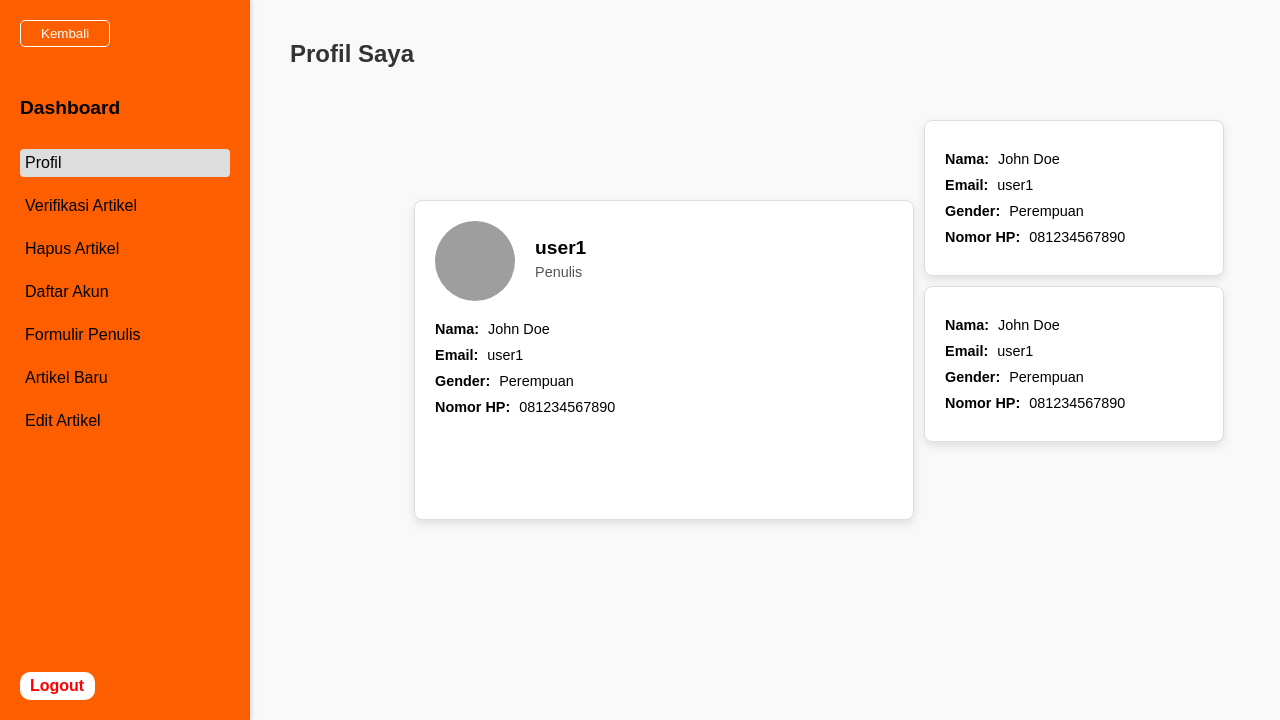
Repository: novalArd/Website_Berita_360News
Page: http://localhost/tes/Profile.php
An editor plug-in stored every save of this project. The page is shown before and after the next save, followed by the edit.
The browser window is 1280 px wide. The pictures show the whole page.
Pictures or frames that could not be fetched are drawn as grey boxes. The page is run by PHP 8.4 with error messages shown; the project is at /var/www/html/. The session is filled in as if someone had signed in: {"user_id": 1, "username": "user1", "role": "admin", "nama_lengkap": "John Doe", "jenis_kelamin": "", "nomor_hp": "081234567890"}. Other server files are loaded and not shown. The database holds what the project's SQL file puts in it.

Above is the page before, as saved 2024-12-16 23:46:01.

### tes/Profile.php
<?php
session_start();
if (!isset($_SESSION['user_id'])) {
    header('Location: ../pagelogin.html'); // Redirect jika belum login
    exit;
}

require '../database.php'; // Jalur diperbarui untuk mengakses database.php dari folder tes

// Ambil data pengguna dari database berdasarkan sesi
$stmt = $conn->prepare("SELECT * FROM users WHERE id = :id");
$stmt->execute(['id' => $_SESSION['user_id']]);
$user = $stmt->fetch(PDO::FETCH_ASSOC);

if (!$user) {
    echo "Pengguna tidak ditemukan.";
    exit;
}
?>

<!DOCTYPE html>
<html lang="id">
<head>
  <meta charset="UTF-8">
  <meta name="viewport" content="width=device-width, initial-scale=1.0">
  <title>Profil Saya</title>
  <link rel="stylesheet" href="profile.css?v=1.0">
</head>
<body>
  <div class="container">
    <!-- Sidebar -->
    <aside class="sidebar">
      <div class="kembali-btn">
        <button>Kembali</button>
      </div>
    <h3>Dashboard</h3>
      <ul>
        <?php if ($_SESSION['role'] === 'admin'): ?>
        <!-- Menu untuk admin -->
        <li><a id="profil" href="admin.php">Profil</a></li>
        <li><a id="verifikasiArtikel" href="verifikasi.php">Verifikasi Artikel</a></li>
        <li><a id="hapusArtikel" href="hapus_artikel.php">Hapus Artikel</a></li>
        <li><a id="daftarAkun" href="daftar_akun.php">Daftar Akun</a></li>
        <li><a id="formulirPenulis" href="form_penulis.php">Formulir Penulis</a></li>
        <li><a id="artikelBaru" href="artikel_baru.php">Artikel Baru</a></li>
        <li><a id="editArtikel" href="edit_artikel.php">Edit Artikel</a></li>
        <?php elseif ($_SESSION['role'] === 'penulis'): ?>
        <!-- Menu untuk penulis -->
        <li><a id="profil" href="Profile.php">Profile</a></li>
        <li><a id="tambahArtikel" href="Tambah.php">Tambah Artikel</a></li>
        <li><a id="editArtikel" href="edit_artikel.php">Edit Artikel</a></li>
        <li><a id="artikelSaya" href="artikel_saya.php">Artikel Saya</a></li>
        <li><a id="hapusArtikel" href="hapus_artikel.php">Hapus Artikel</a></li>
        <?php endif; ?>
      </ul>
    <a href="../logout.php" class="logout">Logout</a>
  </aside>

    <!-- Main Content -->
    <main class="main-content">
      <h2>Profil Saya</h2>
      <div class="profile-card" id="profil-nama">
        <div class="profile-header">
          <img src="profile-pic.jpg" alt="Foto Profil" class="profile-img">
          <div>
            <h3><?php echo htmlspecialchars($user['username']); ?></h3>
            <p>Penulis</p>
          </div>
        </div>
        <div class="profile-details">
          <p><strong>Nama:</strong> <?php echo htmlspecialchars($user['nama_lengkap']); ?></p>
          <p><strong>Email:</strong> <?php echo htmlspecialchars($user['username']); ?></p>
          <p><strong>Gender:</strong> <?php echo $user['jenis_kelamin'] == 'L' ? 'Laki-laki' : 'Perempuan'; ?></p>
          <p><strong>Nomor HP:</strong> <?php echo htmlspecialchars($user['nomor_hp']); ?></p>
        </div>
      </div>
      <div class="profile-2">
      <div class="profile-card">
        <div class="profile-details">
          <p><strong>Nama:</strong> <?php echo htmlspecialchars($user['nama_lengkap']); ?></p>
          <p><strong>Email:</strong> <?php echo htmlspecialchars($user['username']); ?></p>
          <p><strong>Gender:</strong> <?php echo $user['jenis_kelamin'] == 'L' ? 'Laki-laki' : 'Perempuan'; ?></p>
          <p><strong>Nomor HP:</strong> <?php echo htmlspecialchars($user['nomor_hp']); ?></p>
        </div>
      </div>
      <div class="profile-card">
        <div class="profile-details">
          <p><strong>Nama:</strong> <?php echo htmlspecialchars($user['nama_lengkap']); ?></p>
          <p><strong>Email:</strong> <?php echo htmlspecialchars($user['username']); ?></p>
          <p><strong>Gender:</strong> <?php echo $user['jenis_kelamin'] == 'L' ? 'Laki-laki' : 'Perempuan'; ?></p>
          <p><strong>Nomor HP:</strong> <?php echo htmlspecialchars($user['nomor_hp']); ?></p>
        </div>
      </div>
      </div>
    </main>
  </div>
</body>
</html>

### database.php
<?php
$host = 'localhost';
$dbname = 'news_management';
$username = 'root'; // Sesuaikan dengan username database Anda
$password = ''; // Sesuaikan dengan password database Anda

try {
    // Membuat koneksi ke database menggunakan PDO
    $conn = new PDO("mysql:host=$host;dbname=$dbname", $username, $password);
    $conn->setAttribute(PDO::ATTR_ERRMODE, PDO::ERRMODE_EXCEPTION);
} catch (PDOException $e) {
    // Menampilkan pesan jika koneksi gagal
    echo "Connection failed: " . $e->getMessage();
    die();
}

// Fungsi untuk memeriksa keberadaan pengguna dalam database tanpa hashing password
function checkUser($username, $password) {
    global $conn;
    $stmt = $conn->prepare("SELECT * FROM users WHERE username = :username AND password = :password"); // Query SQL untuk mencari username dan password
    $stmt->execute(['username' => $username, 'password' => $password]);
    $user = $stmt->fetch(PDO::FETCH_ASSOC);

    return $user ? $user : false; // Mengembalikan data pengguna jika ditemukan, false jika tidak
}
?>

### tes/profile.css
/* Reset CSS */
* {
  margin: 0;
  padding: 0;
  box-sizing: border-box;
}
/* General Styles */
body {
  margin: 0;
  font-family: Arial, sans-serif;
  background-color: #f9f9f9;
  display: flex;
}

.container {
  display: flex;
  width: 100%;
  height: 100vh;
}

/* Sidebar */
.sidebar {
  background-color: #FD5F00;
  width: 250px;
  padding: 20px;
  display: flex;
  flex-direction: column;
  box-shadow: 2px 0 5px rgba(0, 0, 0, 0.1);
}

.sidebar .kembali-btn button {
  padding: 5px 20px;
  border: 1px solid white;
  color: white;
  background-color: #FD5F00;
  border-radius: 5px;
  transition: all 0.2s ease-in-out;
}

.sidebar .kembali-btn button:hover {
  color: black;
  background-color: white;
  border: 1px solid white;
  cursor: pointer;
}

.sidebar h3 {
  font-size: 1.2em;
  margin-bottom: 30px;
  margin-top: 50px;
}

.sidebar ul {
  list-style: none;
  padding: 0;
  margin: 0;
}

.sidebar ul li {
  margin-bottom: 15px;
}

.sidebar ul li a {
  text-decoration: none;
  color: black;
  font-size: 1em;
  padding: 5px;
  display: block;
  transition: background-color 0.3s ease;
}

.sidebar ul li #profil {
  background-color: #ddd;
  border-radius: 4px;
}

.sidebar ul li a:hover {
  background-color: #ddd;
  border-radius: 4px;
}

.logout {
  width: 75px;
  margin-top: auto;
  color: red;
  background-color: white;
  font-weight: bold;
  text-decoration: none;
  padding: 5px 10px;
  display: inline-block;
  border-radius: 10px;
}

.logout:hover {
  background-color: #fdd;
  border-radius: 10px;
}

/* Main Content */
.main-content {
  display: flex;
  padding: 40px;
}

.main-content h2 {
  margin-bottom: 20px;
  font-size: 1.5em;
  color: #333;
  text-align: center;
  margin-bottom: 20px;
}

/* Profile Card */
.profile-card {
  background-color: #fff;
  border: 1px solid #ddd;
  border-radius: 8px;
  box-shadow: 0 4px 10px rgba(0, 0, 0, 0.1);
  padding: 20px;
  max-width: 600px;
  width: 500px;
  margin: auto;
}

.container #profil-nama {
  height: 320px;
}

.profile-2 {
  margin-top: 70px;
}

.profile-2 .profile-card {
  margin: 10px;
  width: 300px;
}

.profile-header {
  display: flex;
  align-items: center;
  margin-bottom: 20px;
}

.profile-img {
  width: 80px;
  height: 80px;
  border-radius: 50%;
  margin-right: 20px;
}

.profile-header h3 {
  margin: 0;
  font-size: 1.2em;
}

.profile-header p {
  margin: 5px 0;
  color: #555;
  font-size: 0.9em;
}

.profile-details p {
  margin: 10px 0;
  font-size: 0.9em;
}

.profile-details p strong {
  font-weight: bold;
  margin-right: 5px;
}

.article-form {
  background-color: #fff;
  padding: 20px;
  border-radius: 8px;
  box-shadow: 0 4px 10px rgba(0, 0, 0, 0.1);
  max-width: 600px;
  margin: auto;
}

.form-group {
  margin-bottom: 20px;
}

.form-group label {
  display: block;
  margin-bottom: 8px;
  font-weight: bold;
}

.form-group input,
.form-group textarea,
.form-group select {
  width: 100%;
  padding: 10px;
  font-size: 1em;
  border: 1px solid #ddd;
  border-radius: 4px;
  box-sizing: border-box;
}

textarea {
  resize: none;
}

.btn-submit {
  background-color: #4CAF50;
  color: #fff;
  border: none;
  padding: 10px 20px;
  font-size: 1em;
  border-radius: 4px;
  cursor: pointer;
  transition: background-color 0.3s ease;
}

.btn-submit:hover {
  background-color: #45a049;
}

.form-group select {
  width: 100%;
  padding: 10px;
  font-size: 1em;
  border: 1px solid #ddd;
  border-radius: 4px;
  box-sizing: border-box;
  margin-bottom: 10px;
}

### news_management.sql (the tables this page reads)
CREATE TABLE `users` (
  `id` int(11) NOT NULL,
  `username` varchar(255) NOT NULL,
  `password` varchar(255) NOT NULL,
  `role` enum('admin','penulis','pengguna') DEFAULT 'pengguna',
  `nama_lengkap` varchar(255) NOT NULL,
  `jenis_kelamin` enum('L','P') NOT NULL,
  `nomor_hp` varchar(15) NOT NULL,
  `email` varchar(100) DEFAULT NULL,
  `created_at` datetime NOT NULL DEFAULT current_timestamp()
) ENGINE=InnoDB DEFAULT CHARSET=utf8mb4 COLLATE=utf8mb4_general_ci;

INSERT INTO `users` (`id`, `username`, `password`, `role`, `nama_lengkap`, `jenis_kelamin`, `nomor_hp`, `email`, `created_at`) VALUES
(1, 'user1', 'password123', 'admin', 'John Doe', '', '081234567890', NULL, '2024-12-13 14:24:59'),
(2, 'user2', 'mypassword', 'admin', 'Jane Doe', '', '082345678901', NULL, '2024-12-13 14:24:59'),
(3, 'user3', 'alexpass', 'admin', 'Alex Smith', '', '083456789012', NULL, '2024-12-13 14:24:59'),
(4, 'admin01', 'password123', 'admin', 'Admin Satu', 'L', '081234567890', 'admin01@example.com', '2024-12-13 14:26:12'),
(5, 'Alex', 'password123', 'penulis', 'Alex Hunter', 'L', '082345678901', 'penulis01@example.com', '2024-12-13 14:26:12'),
(6, 'Edho', 'password123', 'penulis', 'Penulis Dua', 'L', '083456789012', 'penulis02@example.com', '2024-12-13 14:26:12'),
(7, 'EdhoGanteng', '1234', 'pengguna', 'Agustino Edward', 'L', '082123234331', 'edho@gmail.com', '2024-12-24 04:21:20'),
(8, 'Ferry', '1234', 'pengguna', 'Josua', 'L', '', 'sted.se@anup1.com', '2024-12-31 01:01:48');

ALTER TABLE `users`
  ADD PRIMARY KEY (`id`),
  ADD UNIQUE KEY `username` (`username`),
  ADD UNIQUE KEY `email` (`email`);

ALTER TABLE `users`
  MODIFY `id` int(11) NOT NULL AUTO_INCREMENT, AUTO_INCREMENT=9;

After the next save:
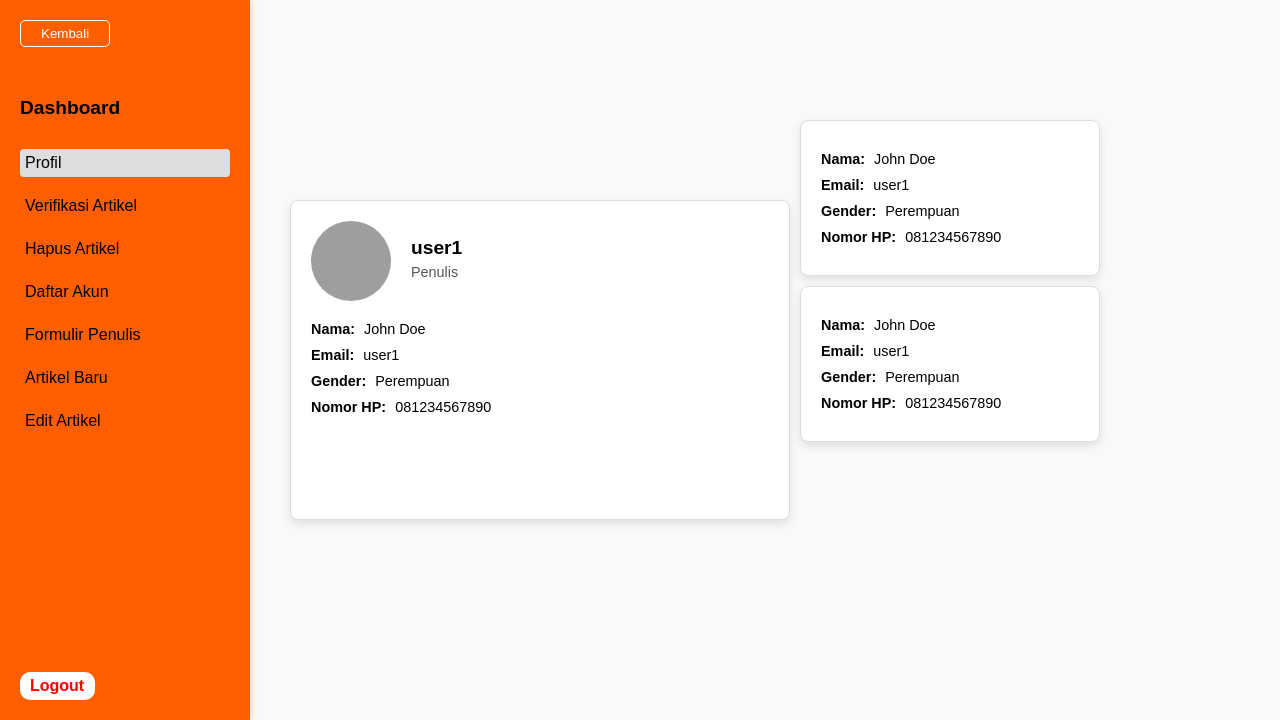
Saved 2 min 27 s later.
--- a/tes/Profile.php
+++ b/tes/Profile.php
@@ -58,7 +58,7 @@ if (!$user) {
 
     <!-- Main Content -->
     <main class="main-content">
-      <h2>Profil Saya</h2>
+
       <div class="profile-card" id="profil-nama">
         <div class="profile-header">
           <img src="profile-pic.jpg" alt="Foto Profil" class="profile-img">
